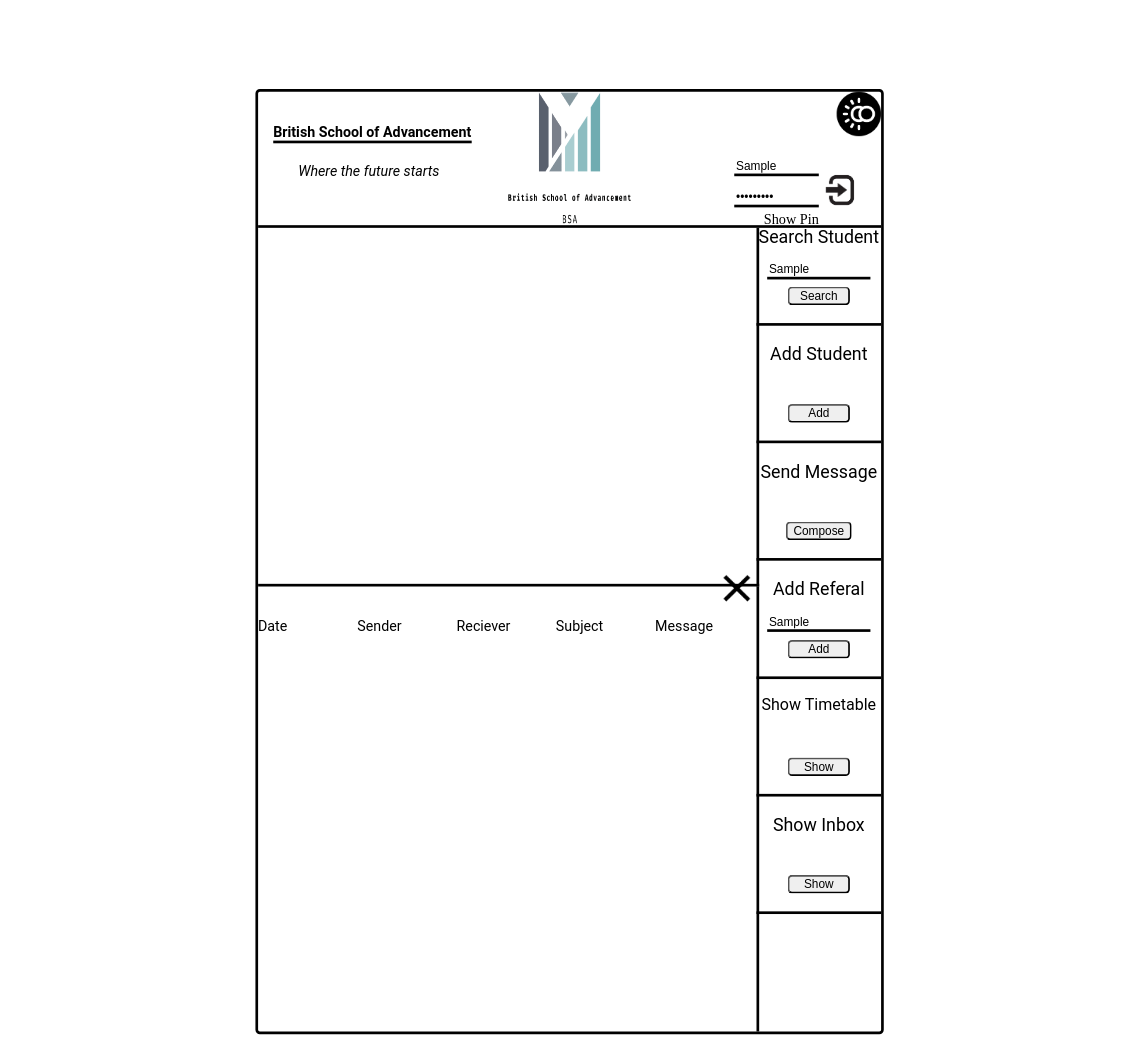
Repository: ghend99/Guardian-Application
Page: index.html
The author's editor kept a copy of each file at every save. The page is drawn from the files as they stood at one save, then again after the next save.
The browser window is 1280 px wide. The pictures show the whole page, at 89% of full size.
Empty fields were first filled with sample values (such as "Sample", 5 or name@example.com).
After loading, the first visible `#inbox-open` was clicked once.

Above is the page before, as saved 2023-06-06 16:50:34.

### index.html
<!DOCTYPE html>
<html lang="en">
  <head>
    <meta charset="UTF-8" />
    <meta http-equiv="X-UA-Compatible" content="IE=edge" />
    <meta name="viewport" content="width=device-width, initial-scale=1.0" />
    <title>Document</title>
    <link rel="stylesheet" href="style.css" />
  </head>
  <body>
    <div id="main-container">
      <div id="header-container">
        <div id="header-container-left-section">
          <p id="header-school-name" class="page-headers">
            British School of Advancement
          </p>
          <p id="header-school-slogan" class="page-headers">
            Where the future starts
          </p>
        </div>
        <div id="header-container-middle-section">
          <img class="header-middle-section-logo" src="./images/logo.png" />
        </div>
        <div id="header-container-right-section">
          <input
            id="header-login-input-fullname"
            class="login-input-fullname login-input input"
            type="text"
            placeholder="First name..."
          />
          <input
            id="header-login-input-pin"
            class="login-input-pin login-input input"
            placeholder="Pin..."
            type="password"
          />
          <p id="show-pin-header">Show Pin</p>
          <img
            id="header-login-button"
            class="login-button"
            src="./images/login-button.png"
          />
          <img class="header-dark-mode-toggle" src="./images/dark-mode.png" />
          <img class="login-modal-open" src="./images/login.png" />
        </div>
      </div>
      <div id="sidebar-container">
        <div id="sidebar-link-container1" class="sidebar-link-container">
          <p class="sidebar-link-header page-headers">Search Student</p>
          <input class="sidebar-input input" placeholder="Name..." />
          <button class="sidebar-search-button submit-button">Search</button>
        </div>
        <div id="sidebar-link-container2" class="sidebar-link-container">
          <p class="sidebar-link-header page-headers">Add Student</p>
          <button id="add-student" class="sidebar-search-button submit-button">
            Add
          </button>
        </div>
        <div id="sidebar-link-container3" class="sidebar-link-container">
          <p class="sidebar-link-header page-headers">Send Message</p>
          <button
            id="compose-message-open"
            class="sidebar-search-button submit-button"
          >
            Compose
          </button>
        </div>
        <div id="sidebar-link-container4" class="sidebar-link-container">
          <p class="sidebar-link-header page-headers">Add Referal</p>
          <input
            id="add-referal-fullname"
            class="sidebar-input input"
            placeholder="Name..."
          />
          <button id="add-referal" class="sidebar-search-button submit-button">
            Add
          </button>
        </div>
        <div id="sidebar-link-container5" class="sidebar-link-container">
          <p
            id="show-timetable-heading"
            class="sidebar-link-header page-headers"
          >
            Show Timetable
          </p>
          <button
            id="timetable-open"
            class="sidebar-search-button submit-button"
          >
            Show
          </button>
        </div>
        <div id="sidebar-link-container6" class="sidebar-link-container">
          <p class="sidebar-link-header page-headers">Show Inbox</p>
          <button id="inbox-open" class="sidebar-search-button submit-button">
            Show
          </button>
        </div>
        <div id="sidebar-link-container7" class="sidebar-link-container">
          <p class="sidebar-link-header page-headers">Update Timetable</p>
          <button
            id="update-timetable"
            class="sidebar-search-button submit-button"
          >
            Show
          </button>
        </div>
      </div>
      <img class="sidebar-open" src="./images/menu.png" />

      <div id="student-information-container">
        <h1
          id="student-information-name-header"
          class="student-information page-headers"
        >
          Student Name:
        </h1>
        <h3 class="student-information student-information-general-header">
          General Information
        </h3>
        <p id="student-information-first-name" class="student-information">
          First Name:
        </p>
        <p id="student-information-last-name" class="student-information">
          Last Name:
        </p>
        <p id="student-information-year" class="student-information">
          Year Group:
        </p>
        <p id="student-information-referals" class="student-information">
          Referals:
        </p>
        <p id="password-reset" class="student-information">Reset Password</p>
      </div>

      <div id="student-management-container">
        <p class="student-management-heading"></p>
        <img id="student-management-close" src="./images/close.png" />
        <div id="timetable-container"></div>
        <div id="inbox-container">
          <div id="inbox-header">
            <p>Date</p>
            <p>Sender</p>
            <p>Reciever</p>
            <p>Subject</p>
            <p>Message</p>
          </div>
          <div id="inbox-line">
            <p></p>
            <p></p>
            <p></p>
            <p></p>
            <p></p>
          </div>
        </div>
      </div>
    </div>

    <div id="login-modal-container">
      <h1 class="login-modal-header modal-header page-headers">Login</h1>
      <img
        id="login-modal-close"
        class="modal-close"
        src="./images/close.png"
      />
      <input
        id="login-modal-fullname"
        class="login-input-fullname login-modal-input input"
        type="text"
        placeholder="Full name..."
      />
      <input
        id="login-modal-pin"
        class="login-input-pin login-modal-input input"
        type="number"
        placeholder="Pin..."
      />
      <p id="login-modal-show-pin">Show Pin</p>
      <input id="login-modal-submit" class="submit-button" type="submit" />
    </div>

    <div id="create-account-container">
      <p id="create-account-header" class="modal-header page-headers">
        Add Student Details
      </p>
      <img
        id="create-account-close"
        class="modal-close"
        src="./images/close.png"
      />
      <input
        id="create-account-first-name"
        class="create-account-input input"
        placeholder="First name..."
      />
      <input
        id="create-account-last-name"
        class="create-account-input input"
        placeholder="Last name..."
      />
      <input
        id="create-account-year"
        class="create-account-input input"
        placeholder="Year..."
      />
      <input
        id="create-account-pin"
        class="create-account-input input"
        placeholder="Year..."
      />

      <input
        id="create-account-repin"
        class="create-account-input input"
        placeholder="Year..."
      />
      <input id="create-account-submit" class="submit-button" type="submit" />
    </div>

    <div id="compose-message-container" class="">
      <p id="compose-message-header" class="modal-header">Compose Message</p>
      <img
        id="compose-message-close"
        class="modal-close"
        src="./images/close.png"
      />
      <input
        id="compose-message-reciever"
        class="compose-message-input input"
        type="text"
        placeholder="Reciever..."
      />
      <input
        id="compose-message-title"
        class="compose-message-input input"
        type="text"
        placeholder="Subject..."
      />
      <textarea
        id="compose-message-text-area"
        placeholder="Message..."
      ></textarea>
      <input id="compose-message-submit" class="submit-button" type="submit" />
    </div>

    <div id="password-reset-container">
      <p id="password-reset-header" class="modal-header page-headers">
        Pin Reset
      </p>
      <img
        id="password-reset-close"
        class="modal-close"
        src="./images/close.png"
      />
      <input
        id="password-reset-old"
        class="password-reset-input input"
        type="number"
        placeholder="Old Pin..."
      />
      <input
        id="password-reset-new"
        class="password-reset-input input"
        type="number"
        placeholder="New Pin..."
      />
      <input
        id="password-reset-new-retype"
        class="password-reset-input input"
        type="number"
        placeholder="New Pin..."
      />
      <input id="password-reset-submit" class="submit-button" type="submit" />
    </div>
    <script src="functions.js"></script>
    <script src="elements.js"></script>
    <script src="buttons.js"></script>
    <script src="message.js"></script>
    <script src="timetable.js"></script>
  </body>
</html>

### style.css
button {
  cursor: pointer;
}

.input {
  background-color: transparent;
  text-decoration: none;
  border: none;
  border-bottom: solid;
  outline: none;
}

.page-headers {
  font-family: "Roboto", Arial;
}

.modal-header {
  font-size: 30px;
  font-weight: bold;
  margin-top: 10px;
}

.dark-mode {
  background-color: black;
  color: white;
  border: solid;
  border-radius: 5px;
}

.input-dark-mode {
  color: white;
  border-color: white;
}

.button-dark-mode {
  color: white;
  background-color: black;
}

#main-container {
  position: relative;
  left: 50%;
  transform: translate(-50%);
  max-width: 50%;
  min-width: 700px;
  max-height: 1200px;
  min-height: 1000px;
  margin-top: 100px;
  border: solid;
  border-radius: 5px;
}

#header-container {
  display: grid;
  grid-template-columns: 1fr 1fr 1fr;
  grid-template-rows: 1fr;
  max-height: 200px;
  min-height: 150px;
  width: 100%;
  border-bottom: solid;
}

#header-school-name {
  position: absolute;
  top: 20px;
  left: 17px;
  font-size: clamp(1rem, 1vw, 2rem);
  font-weight: bold;
  border-bottom: solid;
}

#header-school-slogan {
  position: absolute;
  top: clamp(5%, 70px, 80px);
  left: clamp(45px, 5%, 70px);
  font-size: clamp(0.9rem, 1.5vw, 1rem);
  margin-top: 10px;
  font-style: italic;
}

#header-container-middle-section {
  display: flex;
  justify-content: center;
}

.header-middle-section-logo {
  width: 60%;
}

#header-login-input-fullname {
  position: absolute;
  top: 75px;
  width: 13%;
  right: 10%;
}

#header-login-input-pin {
  position: absolute;
  top: 110px;
  width: 13%;
  right: 10%;
}

#show-pin-header {
  position: absolute;
  top: 135px;
  right: 10%;
  margin: 0;
}

#header-login-button {
  position: absolute;
  width: 50px;
  right: 3%;
  top: 85px;
}

.header-dark-mode-toggle {
  position: absolute;
  width: 50px;
  top: 0;
  right: 0;
  cursor: pointer;
}

.login-modal-open {
  display: none;
}

#sidebar-container {
  position: absolute;
  display: grid;
  grid-template-columns: 1fr;
  grid-template-rows: 1fr 1fr 1fr 1fr 1fr 1fr 1fr;
  right: 0;
  bottom: 0;
  max-width: 30%;
  min-width: 20%;
  max-height: 1000px;
  min-height: 925px;
}

#sidebar-link-container1 {
  justify-content: center;
}

/* #sidebar-link-container6 {
  border-bottom: none;
} */

#sidebar-link-container7 {
  display: none;
  border-bottom: none;
}

.sidebar-link-container {
  position: relative;
  display: flex;
  justify-content: center;
  border-bottom: solid;
}

.sidebar-link-header {
  position: absolute;
  font-size: 20px;
}

.sidebar-input {
  position: absolute;
  margin-top: 60px;
  width: 80%;
}

.sidebar-search-button {
  position: absolute;
  max-width: 75%;
  min-width: 70px;
  bottom: 20px;
  border-radius: 5px;
}

.sidebar-open {
  position: absolute;
  width: 50px;
  right: 0;
  top: 155px;
  display: none;
}

#student-information-container {
  max-height: 800px;
  min-height: 400px;
  max-width: 80%;
  min-width: 50%;
  border-bottom: solid;
  border-right: solid;
}

#student-information-name-header {
  font-size: 30px;
  font-weight: bold;
  border-bottom: solid;
  width: fit-content;
  margin-left: 30px;
  margin-top: 0;
}

.student-information {
  margin-left: 40px;
  display: none;
}

.student-information-general-header {
  font-size: 24px;
  font-weight: bold;
  padding-left: 40px;
}

#password-reset {
  border-bottom: solid;
  font-weight: bold;
  width: fit-content;
  cursor: pointer;
}

#student-management-container {
  max-width: 80%;
  min-width: 50%;
  max-height: 600px;
  min-height: 500px;
  border-right: solid;
}

.student-management-heading {
  display: inline-block;
  font-size: 30px;
  margin: 0;
  margin-left: 20px;
  width: fit-content;
}

#student-management-close {
  position: absolute;
  bottom: 45.7%;
  right: 21%;
  width: 30px;
  cursor: pointer;
  display: none;
}

#timetable-container {
  position: relative;
  display: grid;
  grid-gap: 1em;
  grid-template-rows: repeat(var(--grid-rows), 1fr);
  grid-template-columns: repeat(var(--grid-cols), 1fr);
  /* top: 50px; */
  overflow: scroll;
  max-height: 90%;
  min-height: 466px;
  /* max-width: 99.6%;
  min-width: 250px; */
  display: none;
}

:root {
  --grid-cols: 1;
  --grid-rows: 1;
}

.grid-item {
  padding: 1em;
  border: 1px solid #ddd;
  text-align: center;
}

#timetable-input {
  width: 100px;
}

#inbox-container {
  max-height: 90%;
  min-height: 466px;
  max-width: 99.6%;
  min-width: 250px;
  display: none;
}

#inbox-header {
  position: relative;
  display: grid;
  grid-template-columns: 1fr 1fr 1fr 1fr 1fr;
  grid-template-rows: 1fr;
  width: 100%;
  height: 50px;
  /* background-color: aqua; */
  overflow-y: auto;
  font-family: "Roboto", Arial;
}

#inbox-line {
  position: relative;
  display: grid;
  grid-template-columns: 1fr 1fr 1fr 1fr 1fr;
  grid-template-rows: 1fr;
  row-gap: 20px;
  width: 100%;
  height: 50px;
  /* background-color: darkorange; */
  overflow-y: auto;
  font-family: "EB Garamond", Arial;
}

#login-modal-container,
#create-account-container,
#compose-message-container,
#password-reset-container {
  position: absolute;
  left: 50%;
  top: 30%;
  transform: translate(-50%);
  text-align: center;
  border: solid;
  border-radius: 5px;
  display: none;
}

#login-modal-container {
  max-width: 40%;
  min-width: 300px;
  max-height: 400px;
  min-height: 300px;
  text-align: center;
  border: solid;
  border-radius: 5px;
  display: none;
  background-color: whitesmoke;
  cursor: pointer;
}

#login-modal-fullname {
  position: absolute;
  top: 120px;
  left: 50px;
}

#login-modal-pin {
  position: absolute;
  top: 170px;
  left: 50px;
}

#login-modal-show-pin {
  position: absolute;
  top: 200px;
  left: 50px;
  margin: 0;
  font-size: 14px;
  cursor: pointer;
}

#login-modal-submit {
  left: 15%;
}

#login-modal-submit,
#create-account-submit,
#compose-message-submit,
#password-reset-submit {
  position: absolute;
  bottom: 20px;
  max-height: 60px;
  min-height: 30px;
  max-width: 20%;
  min-width: 200px;
}

#create-account-container {
  max-width: 60%;
  min-width: 400px;
  max-height: 600px;
  min-height: 500px;
}

.create-account-input,
.compose-message-input,
.password-reset-input {
  position: absolute;
  left: 30px;
}

#create-account-first-name {
  top: 80px;
}

#create-account-last-name {
  top: 150px;
}

#create-account-year {
  top: 220px;
}

#create-account-pin {
  top: 290px;
}

#create-account-submit {
  left: 25%;
}

#create-account-repin {
  position: absolute;
  top: 360px;
  left: 30px;
}

#compose-message-container {
  max-width: 60%;
  min-width: 400px;
  max-height: 600px;
  min-height: 500px;
}

.modal-close {
  position: absolute;
  width: 30px;
  right: 0;
  top: 0;
  cursor: pointer;
}

#compose-message-reciever {
  top: 80px;
}

#compose-message-title {
  top: 130px;
}

#compose-message-text-area {
  position: absolute;
  top: 35%;
  left: 30px;
  max-height: 80%;
  min-height: 230px;
  max-width: 100%;
  min-width: 280px;
}

#compose-message-submit {
  left: 25%;
}

#password-reset-container {
  max-width: 40%;
  min-width: 300px;
  max-height: 400px;
  min-height: 300px;
}

#password-reset-new {
  top: 120px;
}

#password-reset-new-retype {
  top: 165px;
}

#password-reset-submit {
  left: 17%;
}

@media screen and (min-width: 0) and (max-width: 1600px) {
  #show-timetable-heading {
    font-size: 18px;
  }
}

@media screen and (min-width: 0) and (max-width: 720px) {
  #main-container {
    max-width: 600px;
    min-width: 300px;
  }

  #header-container {
    grid-template-columns: 1fr 1fr;
  }

  .header-middle-section-logo,
  #header-login-input-fullname,
  #header-login-input-pin,
  #show-pin-header,
  #header-login-button {
    display: none;
  }

  .login-modal-open {
    position: absolute;
    display: block;
    right: 0;
    top: 100px;
    width: 50px;
  }

  #sidebar-container {
    display: none;
  }

  .sidebar-link-header {
    font-size: 12px;
  }

  .sidebar-open {
    display: block;
  }

  .student-information-name-header {
    margin-left: 15px;
  }

  .student-information-general-header {
    margin-left: 25px;
    padding: 0;
  }

  .student-information {
    margin-left: 28px;
  }
}

### buttons.js
btnDarkModeToggle.addEventListener("click", function (e) {
  e.preventDefault();
  if (darkMode === false) {
    darkModeToggle();
  } else {
    lightModeToggle();
  }
});

btnAddStudentOpen.addEventListener("click", function (e) {
  e.preventDefault();
  addStudentContainer.style.display = "block";
  mainContainer.style.filter = "blur(3px)";
});

btnAddStudentClose.addEventListener("click", function (e) {
  e.preventDefault();
  addStudentContainer.style.display = "none";
  mainContainer.style.filter = "blur(0px)";
});

btndAddStudentSubmit.addEventListener("click", function (e) {
  e.preventDefault();
  createStudent();
  addStudentFirstNameInput.value = "";
  addStudentLastNameInput.value = "";
  addStudentYearInput.value = "";
  addStudentPinInput.value = "";
  addStudentRePinInput.value = "";
});

btnLoginHeader.addEventListener("click", function (e) {
  e.preventDefault();
  login();
  studentInformation.forEach((e) => {
    e.style.display = "block";
    inboxContainer.style.display = "none";
    inboxLine.innerHTML = "";
  });
  UpdateTimetableLinkContainer.style.display = "none";
});

btnLoginModalOpen.addEventListener("click", function (e) {
  e.preventDefault();
  loginContainer.style.display = "block";
  mainContainer.style.filter = "blur(3px)";
});

btnLoginModalClose.addEventListener("click", function (e) {
  e.preventDefault();
  loginContainer.style.display = "none";
  mainContainer.style.filter = "blur(0px)";
});

btnLoginModalSubmit.addEventListener("click", function (e) {
  e.preventDefault();
  loginModal();
  studentInformation.forEach((e) => {
    e.style.display = "block";
  });
  loginContainer.style.display = "none";
});

btnComposeMessageOpen.addEventListener("click", function (e) {
  e.preventDefault();
  if (currentAccount === undefined) {
    alert("You need to login first");
  } else {
    composeMessageContainer.style.display = "block";
    mainContainer.style.filter = "blur(3px)";
  }
});

btnComposeMessageClose.addEventListener("click", function (e) {
  composeMessageContainer.style.display = "none";
  mainContainer.style.filter = "blur(0px)";
});

btnComposeMessageSubmit.addEventListener("click", function (e) {
  e.preventDefault();
  sendMessage();
});

btnInboxOpen.addEventListener("click", function (e) {
  e.preventDefault();
  timetableContainer.style.display = "none";
  inboxContainer.style.display = "block";
  btnStudentManagementClose.style.display = "block";
});

btnTimetableOpen.addEventListener("click", function (e) {
  e.preventDefault();
  inboxContainer.style.display = "none";
  timetableContainer.style.display = "grid";
  UpdateTimetableLinkContainer.style.display = "flex";
  studentManagementHeading.textContent = "Timetable";
  btnStudentManagementClose.style.display = "block";
});

btnStudentManagementClose.addEventListener("click", function (e) {
  timetableContainer.style.display = "none";
  inboxContainer.style.display = "none";
});

btnUpdateTimetableLink.addEventListener("click", function (e) {
  updateTimetableLink();
});

### message.js
const sendMessage = function () {
  const message = composeMessageText.value;
  const subject = composeMessageSubject.value;
  const reciever = composeMessageReciever.value;
  const target = students.find((stu) => stu.fullName === `${reciever}`);
  const date = new Date(Date.now()).toLocaleString();
  console.log(date);
  console.log(message, subject, reciever, target);
  if (target === undefined) {
    alert("Not a valid message reciercer");
  } else {
    target.inbox.push(message);
    target.from.push(currentAccount.fullName);
    target.subject.push(subject);
    target.date.push(date);
    // currentAccount.sent.push(message);
    // currentAccount.date.push(date);
    composeMessageReciever.value = "";
    composeMessageText.value = "";
    composeMessageSubject.value = "";
    localStorage.setItem("students", JSON.stringify(students));
    alert("Message Sent");
    // updateInbox(target, currentAccount, message, subject);
  }
};

// const updateInbox = function (target, currentAccount, message, subject) {
//   const html = ` <div id="inbox-line">
//   <p>${new Date(Date.now()).toLocaleString()}</p>
//   <p>${currentAccount.fullName}</p>
//   <p>${target.fullName}</p>
//   <p>${subject}</p>
//   <p>${message}</p>
// </div>
//   `;
//   inboxLine.insertAdjacentHTML("beforebegin", html);
// };

const updateInboxLoad = function (target) {
  getStudentsLocalStorage();
  for (let i = 0; i < currentAccount.inbox.length; i++) {
    const html = `<div id="inbox-line">
  <p>${currentAccount.date[i]}</p>
  <p>${currentAccount.from[i]}</p>
  <p>${currentAccount.fullName}</p>
  <p>${currentAccount.subject[i]}</p>
  <p>${currentAccount.inbox[i]}</p>
</div>
  `;
    inboxLine.insertAdjacentHTML("beforebegin", html);
  }
};
// updateInboxLoad();

Loaded but not shown: timetable.js (295 lines, source omitted); functions.js (221 lines, source omitted); elements.js (95 lines, source omitted)

After the next save:
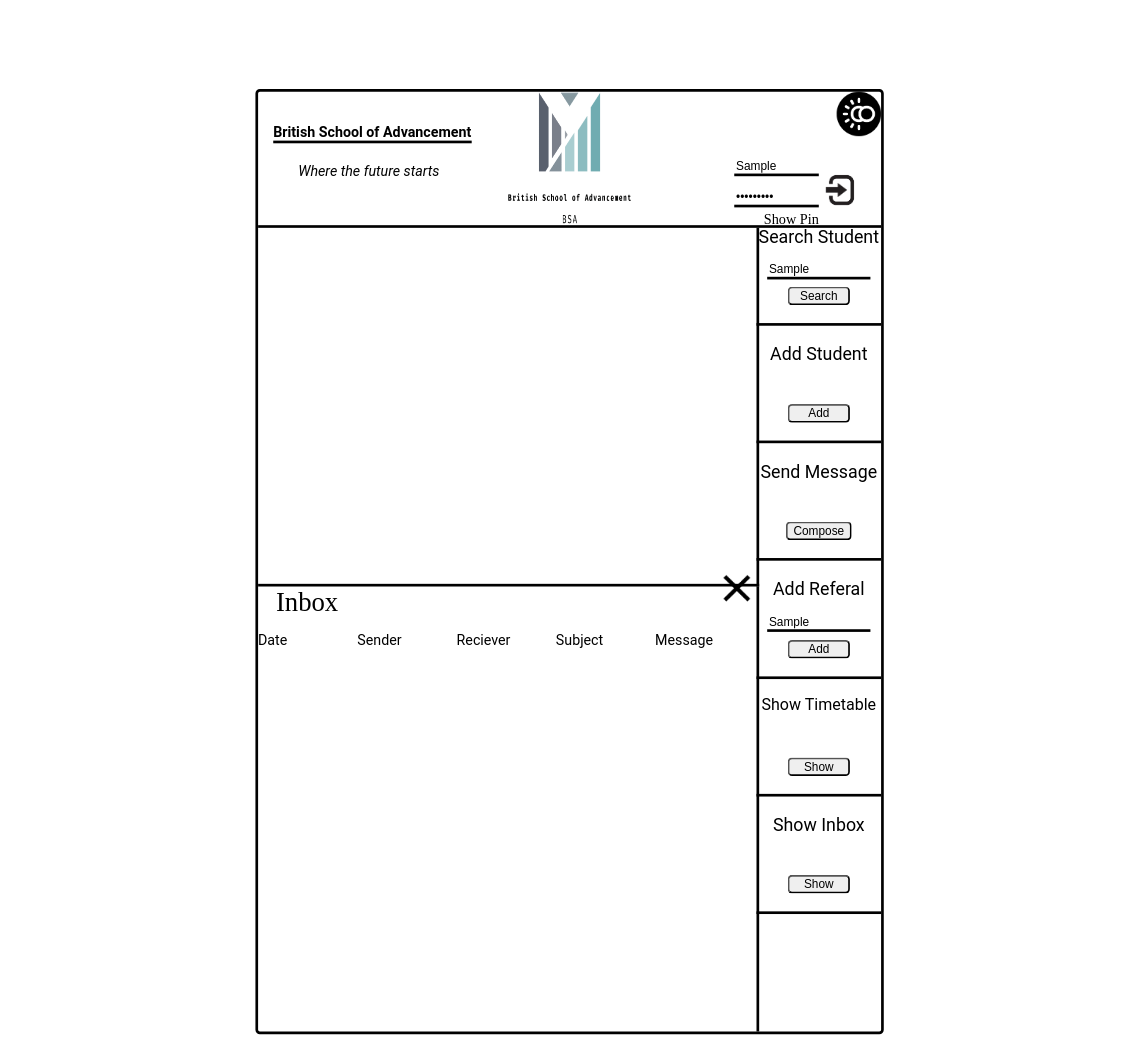
Saved 7 s later.
--- a/buttons.js
+++ b/buttons.js
@@ -85,6 +85,7 @@ btnInboxOpen.addEventListener("click", function (e) {
   e.preventDefault();
   timetableContainer.style.display = "none";
   inboxContainer.style.display = "block";
+  studentManagementHeading.textContent = "Inbox";
   btnStudentManagementClose.style.display = "block";
 });
 
